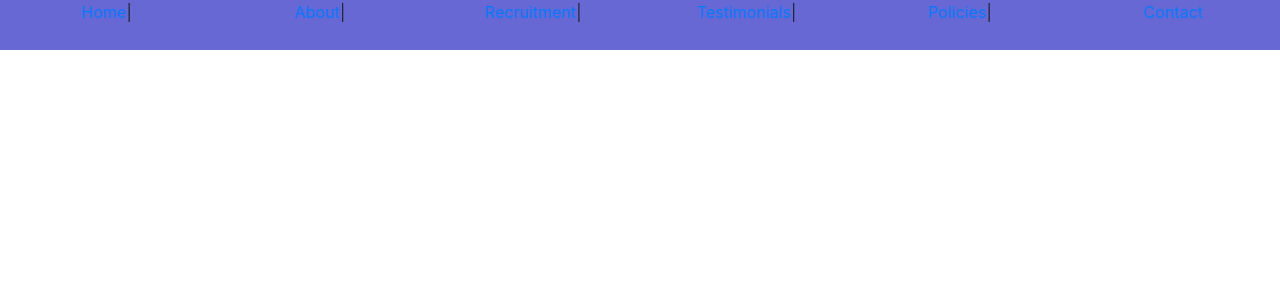
Repository: cerebrium/website
Page: /about
An editor plug-in stored every save of this project. The page is shown before and after the next save, followed by the edit.
The browser window is 1280 px wide. The pictures show the whole page.
The project was rebuilt for these pictures with package versions that can differ from the ones it lists, and the page was loaded fresh each time. Also part of the build but not shown: src/Routes/Recruitment.jsx, src/Routes/Testimonials.jsx, src/Routes/Policies.jsx, src/Routes/Home.jsx, src/Routes/Contact.jsx.

Above is the page before, as saved 2019-11-02 12:28:42.

### src/App.jsx
import React from 'react';
import './styles/App.css'
import {
  BrowserRouter as Router,
  Route,
  Link
} from 'react-router-dom';
import About from './Routes/About'
import Recruitment from './Routes/Recruitment'
import Testimonials from './Routes/Testimonials'
import Policies from './Routes/Policies'
import Home from './Routes/Home'
import Contact from './Routes/Contact'

class App extends React.Component {
  render () {
    return (
      <Router>
        <div className='mainContainer'>
          <div className='navContainer'>
            <div className='nav'><Link to='/' >Home</Link> <div>|</div> </div><div className='nav'><Link to='/about' >About</Link> <div>|</div> </div><div className='nav'><Link to='/recruitment' >Recruitment</Link> <div>|</div> </div><div className='nav'><Link to='/testimonials' >Testimonials</Link> <div>|</div> </div><div className='nav'><Link to='/policies' >Policies</Link> <div>|</div> </div><div className='nav'><Link to='/contact'>Contact</Link></div>
          </div>
          <Route exact path='/' component={Home}/>
          <Route exact path='/about' component={About}/>
          <Route exact path='/recruitment' component={Recruitment}/>
          <Route exact path='/testimonials' component={Testimonials}/>
          <Route exact path='/policies' component={Policies}/>
          <Route exact path='/contact' component={Contact}/>
        </div>
      </Router>
    )
  }
}

export default App;

### src/styles/App.css

/***************************** MAIN APP STYLING ******************************/

.App {
  text-align: center;
}

.mainContainer {
  min-width: 100vw;
}

.navContainer {
  display: flex;
  flex-flow: row;
  justify-content: center;
  position: fixed; /* Make it stick, even on scroll */
  width: 100%;
  height: 100%;
  margin: 0;
  padding: 0;

}

.nav {
  background-color: rgb(104, 104, 212);
  height: 7%; /* Full height */
  width: 100%;
  display: flex;
  flex-flow: row;
  justify-content: center;
}

/***************************** HOME APP STYLING ******************************/
.rowCentering {
  display: flex;
  justify-content: center;
}

h1 {
  background: green;
}

### src/Routes/About.jsx
import React from 'react';

class About extends React.Component{
    render () {
        return (
            <div className='aboutPageMainDiv'>
                <h1>About Amazon Delivery Service</h1>
            </div>
        )
    }
}

export default About;

Loaded but not shown: public/index.html (common file); src/index.js (common file); src/index.css (common file); src/serviceWorker.js (common file)

After the next save:
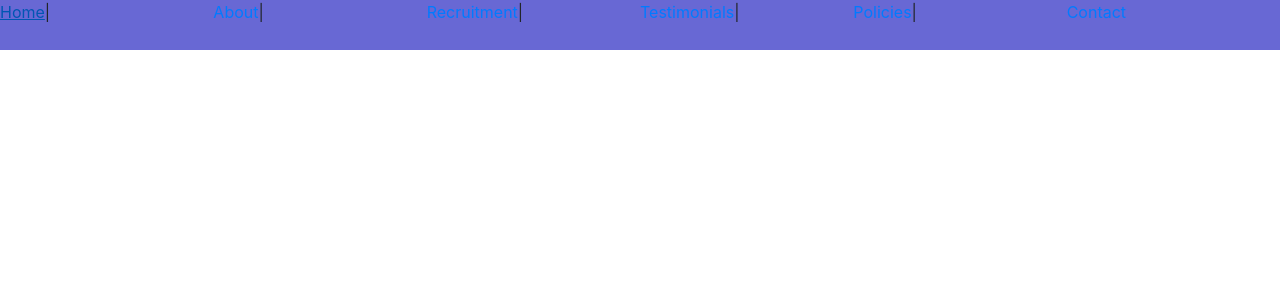
Saved 26 s later.
--- a/src/styles/App.css
+++ b/src/styles/App.css
@@ -25,9 +25,6 @@
   background-color: rgb(104, 104, 212);
   height: 7%; /* Full height */
   width: 100%;
-  display: flex;
-  flex-flow: row;
-  justify-content: center;
 }
 
 /***************************** HOME APP STYLING ******************************/
